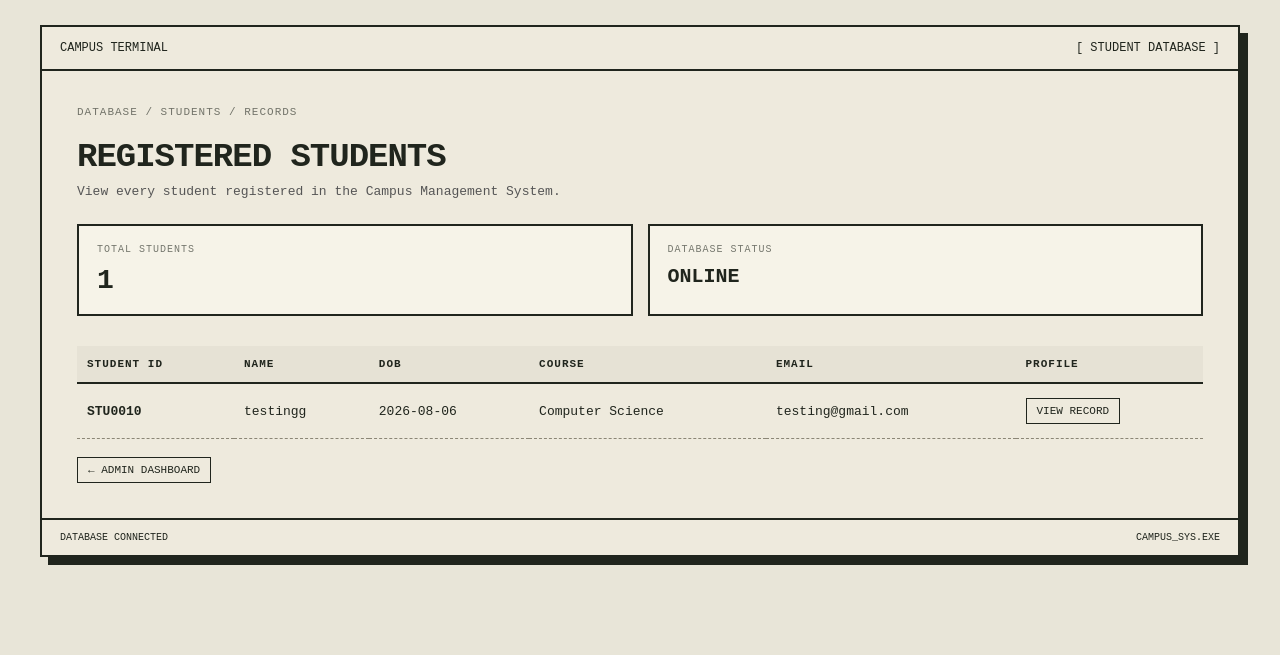
Repository: purrito123/student-register-system
Page: http://localhost/student-database
These files come from the project's save history. The page is drawn as it stood at one moment and after the next save; the edit follows.
The browser window is 1280 px wide. The pictures show the whole page.
The page is served by the project's application, run on Flask 3 (app.py). The page reads the database file committed with the project.

Above is the page before, as saved 2026-08-20 12:48:57.

After the next save:
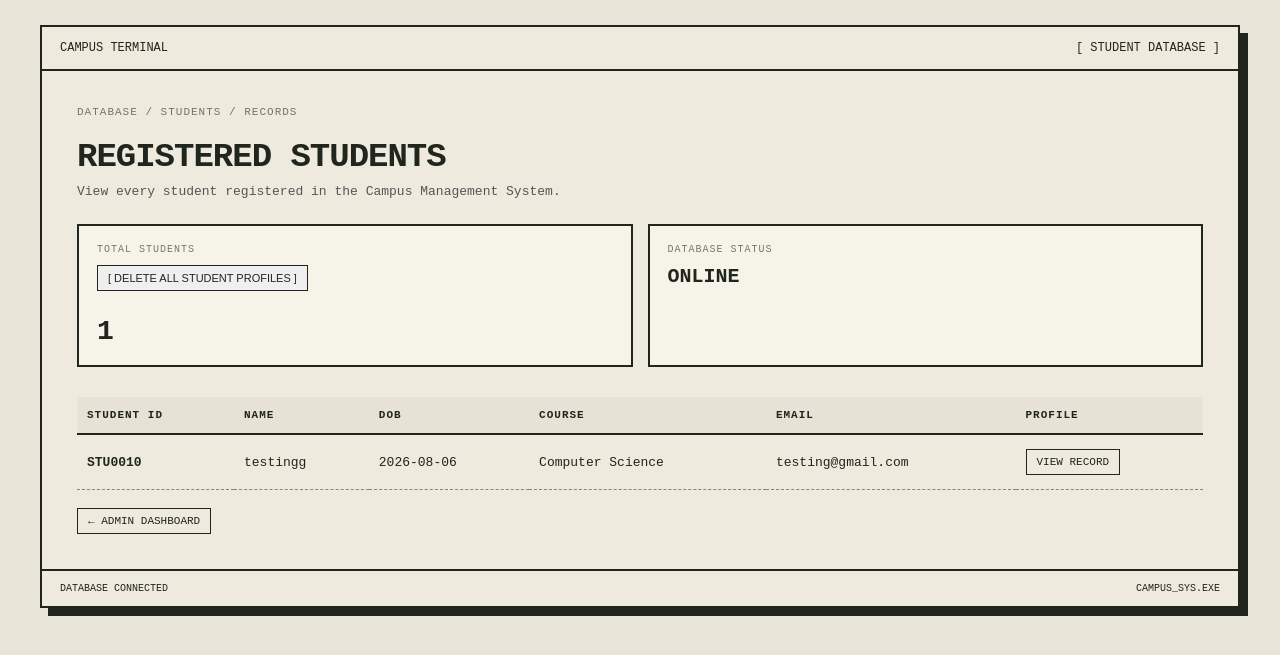
Saved 33 s later.
--- a/templates/student_database.html
+++ b/templates/student_database.html
@@ -170,6 +170,19 @@
         <div class="stats">
             <div class="stat-card">
                 <div class="stat-label">TOTAL STUDENTS</div>
+                <div style="display:flex; gap:10px; margin-bottom:25px; flex-wrap:wrap;">
+
+    <form
+        method="POST"
+        action="/delete-all-students"
+        onsubmit="return confirm('Delete ALL student profiles and their leave records? This cannot be undone.');"
+    >
+        <button type="submit" class="button">
+            [ DELETE ALL STUDENT PROFILES ]
+        </button>
+    </form>
+
+</div>
                 <div class="stat-value">{{ students|length }}</div>
             </div>
 
